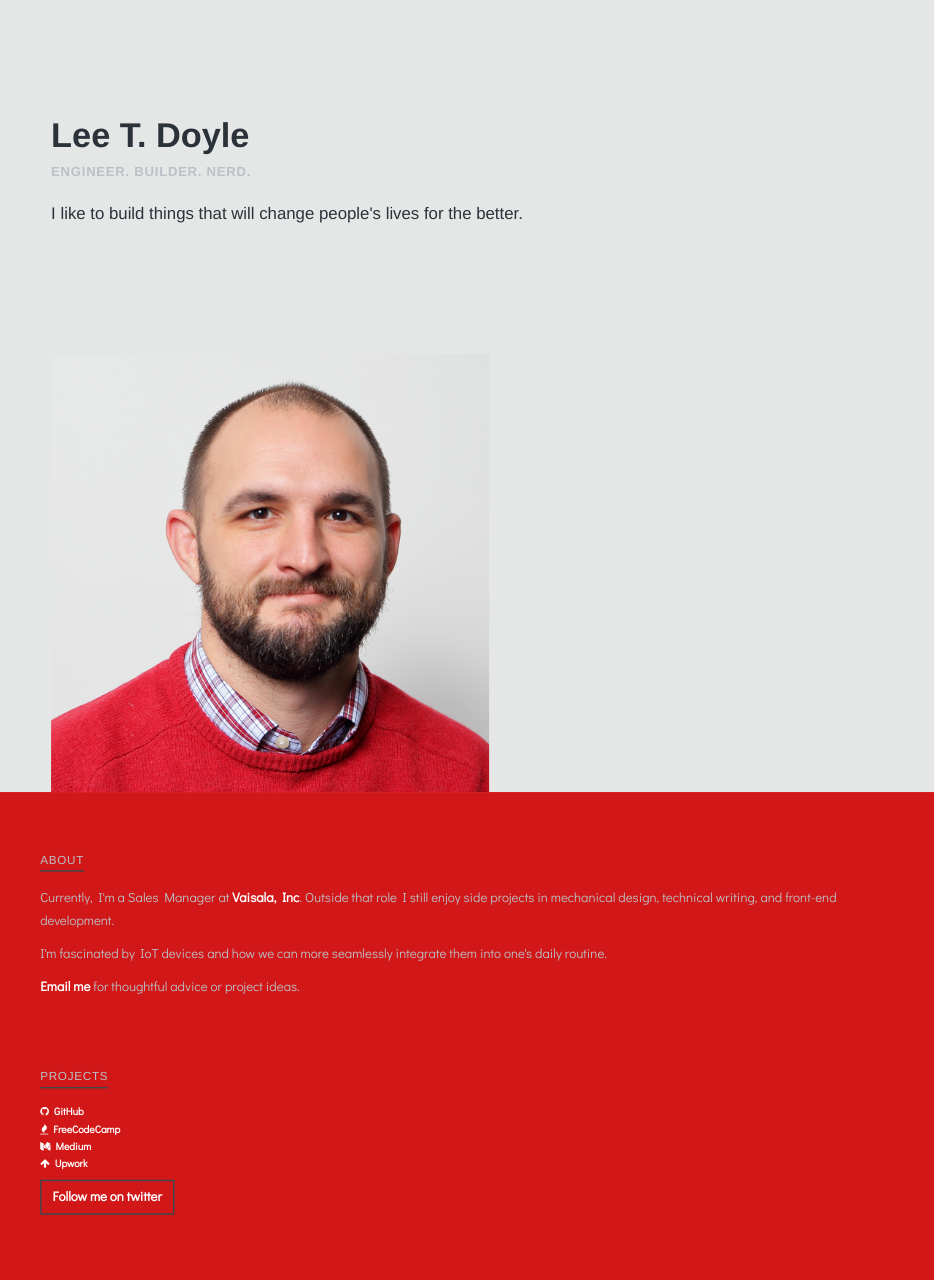
Repository: ldoyle0/ldoyle0.github.io
Page: index.html
The author's editor kept a record of every edit. The page is drawn from the files as they stood at one moment, then again after the next edit.
The browser window is 1280 px wide. The pictures show the whole page, at 73% of full size.
Some web libraries are served in a nearby version.

Above is the page before.

### index.html
<!DOCTYPE html>
<html lang="en">

<head>

<!-- Meta Data -->
    <meta charset="utf-8">
    <meta http-equiv="X-UA-Compatible" content="IE=edge">
    <meta name="viewport" content="width=device-width, initial-scale=1">
    <meta name="description" content="I like to build things that will change people's lives for the better.">
    <meta name="author" content="Lee Doyle">
    <link rel="shortcut icon" href="favicon.ico">

    <title>Lee Doyle – Builder</title>


<!-- Styles -->
    <link href="https://fonts.googleapis.com/css?family=Didact+Gothic" rel="stylesheet">
    <link href="https://maxcdn.bootstrapcdn.com/font-awesome/4.4.0/css/font-awesome.min.css" rel="stylesheet">

    <link rel="stylesheet" href="./css/bootstrap.min.css">
    <link rel="stylesheet" href="./css/style.css" >

</head>

<body>
    <div class="title">
    <div class="container">
        <div class="row-fluid">
            <div class="span6 left">
                <h1>Lee T. Doyle</h1>
                <h2><strong>Engineer. Builder. Nerd.</strong></h2>
                <h3>I like to build things that will change people's lives for the better.</h3>
            </div>
            <div class="span6 right">
                <img src="./img/LED.jpg">
            </div>
        </div>
    </div>
    </div>

<footer>
    <div class="container">
        <div class="row">
            <div class="span6">
                <h4>About</h4>
                <p>
                    Currently, I'm a Sales Manager at <a href="http://www.vaisala.com/en/Pages/default.aspx">Vaisala, Inc</a>.
                    Outside that role I still enjoy side projects in mechanical design, technical writing, and
                    front-end development.
                </p>
                <p>
                    I'm fascinated by IoT devices and how we can more seamlessly integrate them into one's daily routine.
                </p>
                <p>
                    <a href="mailto:ldoyle0@gmail.com">Email me</a> for thoughtful advice or project ideas.
                </p>
            </div>
            <div class="span6">
                <h4>Projects</h4>
                <ul>
                    <li><a href="https://github.com/ldoyle0"><i class="fa fa-github"></i>GitHub</a></li>
                    <li><a href="https://www.freecodecamp.org/ldoyle0"><i class="fa fa-fire"></i>FreeCodeCamp</a></li>
                    <li><a href="https://medium.com/@leetdoyle"><i class="fa fa-medium"></i>Medium</a></li>
                    <li><a href="https://www.upwork.com/o/profiles/users/_~01666dd24ce2e08ba3/"><i class="fa fa-arrow-up"></i>Upwork</a></li>
                </ul>
                <p><a class="follow-btn" href="http://www.twitter.com/ldoyle0">Follow  me on twitter</a></p>
            </div>
        </div>
    </div>
</footer>

</body>

</html>

### css/style.css
@import "bootstrap.min.css";

/*
color scheme
#d11717 - red
#17d1d1 - blue-green
#74d117 - green
*/

/* General */

body {
  color: #bbc1c7;
  background-color: #d11717;
  font-family: 'Didact Gothic', Arial, sans-serif;
  font-weight: 400;
  line-height: 1.7;
}

div {
  display: block;
}

h1,
h2,
h3 {
  line-height: 40px;
}

h1 {
  font-size: 47px;
  font-weight: 700;
  color: #2b323a;
  margin: 0 0 10px 0;
}
h2 {
  font-size: 18px;
  text-transform: uppercase;
  font-weight: 500;
  letter-spacing: 1px;
  margin: 0;
}
h3 {
  font-size: 23px;
  color: #2b323a;
  line-height: 1.5;
  margin: 20px 0 0 0;
}
h4 {
  display: inline-block;
  text-transform: uppercase;
  font-size: 16px;
  font-weight: 400;
  letter-spacing: 1px;
  border-bottom: 2px solid #41474e;
  padding-bottom: 5px;
  margin-bottom: 20px;
}

div i {
    margin-right: 7px;
}

p {
  font-size: 18px;
}

a,
a:visited {
  text-decoration: none;
  font-weight: 600;
  color: white;
}
a:hover,
a:focus,
a:active {
  color: white;
  border-bottom: 1px solid white;
  padding-bottom: 5px;
}

/* Title */

.title {
    background-color: #e5e6e6;
}

@media only screen and (min-width: 1200px) {
  .title {
    min-height: 492px;
  }
}
.title .left {
  padding-top: 165px;
  padding-bottom: 125px;
}
@media only screen and (max-width: 767px) {
  .title .left {
    padding-top: 30px;
    padding-bottom: 0;
  }
}
@media only screen and (min-width: 768px) and (max-width: 991px) {
  .title .left {
    padding-top: 80px;
    padding-bottom: 0;
  }
}
.title .right {
  padding-top: 50px;
}
@media only screen and (max-width: 767px) {
  .title h2 {
    font-size: 16px;
  }
}
.title h2 em {
  padding-left: 5px;
  padding-right: 5px;
}
@media only screen and (max-width: 767px) {
  .title h2 em {
    padding-left: 0;
    padding-right: 0;
    font-size: 16px;
  }
}

img {
  max-width: 100%;
}

/* Footer */

footer {
  padding-top: 75px;
  padding-bottom: 0;
}
@media only screen and (max-width: 767px) {
  footer {
    padding-top: 30px;
    padding-bottom: 0;
  }
}
footer ul,
footer ul li {
  list-style-type: none;
  padding: 0;
  margin: 0;
}
footer .row > div {
  padding-bottom: 75px;
}
@media only screen and (max-width: 767px) {
  footer .row > div {
    padding-bottom: 50px;
  }
}
footer .follow-btn {
  border: 2px solid #41474e;
  padding: 5px 15px 8px 15px;
  margin-top: 10px;
  display: inline-block;
}
footer .follow-btn:hover {
  background-color: #41474e;
}
footer p {
  margin-bottom: 15px;
}

Loaded but not shown: css/bootstrap.min.css (library)

After the next edit:
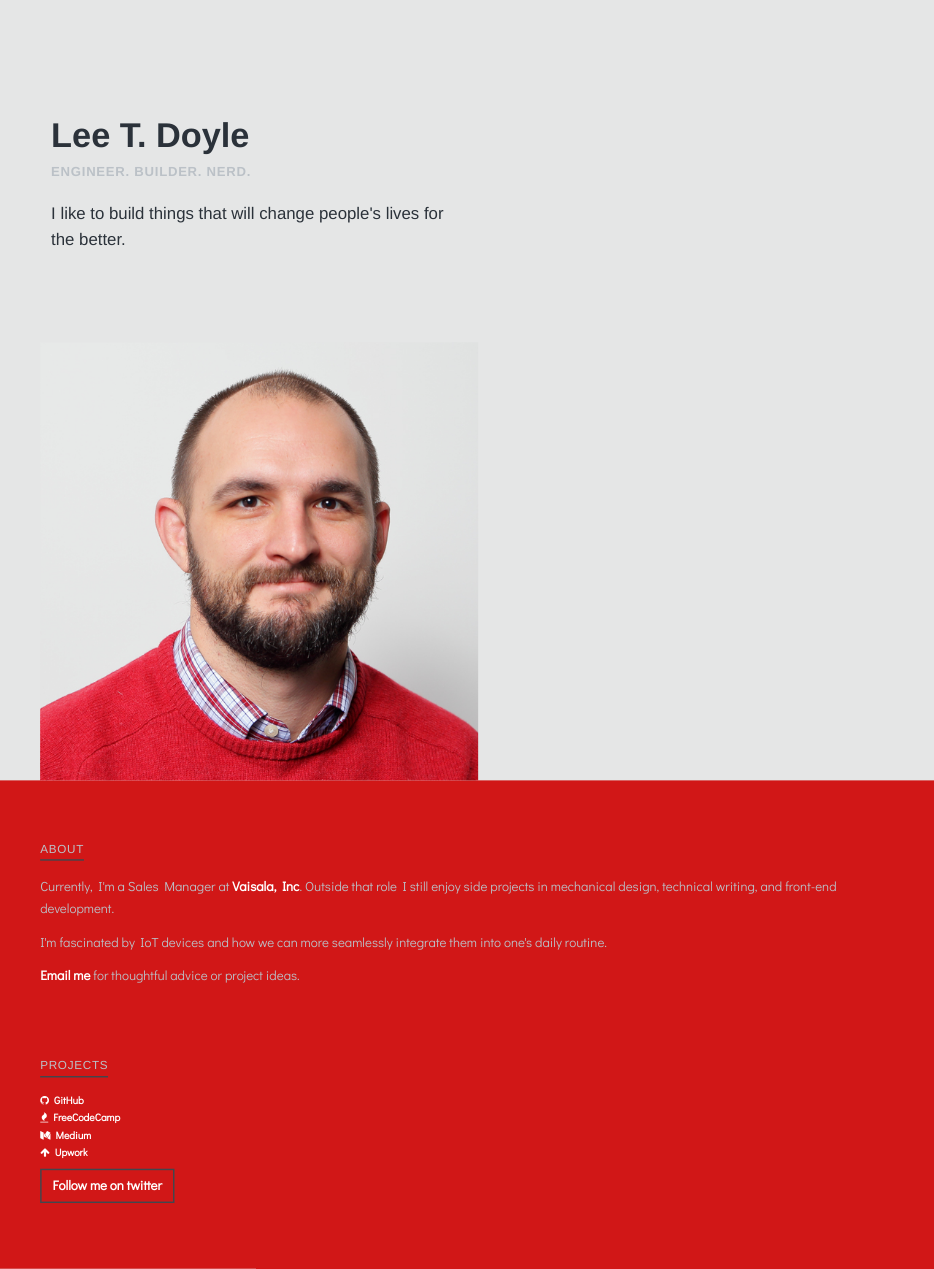
The edit:
--- a/index.html
+++ b/index.html
@@ -26,8 +26,8 @@
 <body>
     <div class="title">
     <div class="container">
-        <div class="row-fluid">
-            <div class="span6 left">
+        <div class="row">
+            <div class="col-sm-6 col-md-6 left">
                 <h1>Lee T. Doyle</h1>
                 <h2><strong>Engineer. Builder. Nerd.</strong></h2>
                 <h3>I like to build things that will change people's lives for the better.</h3>
